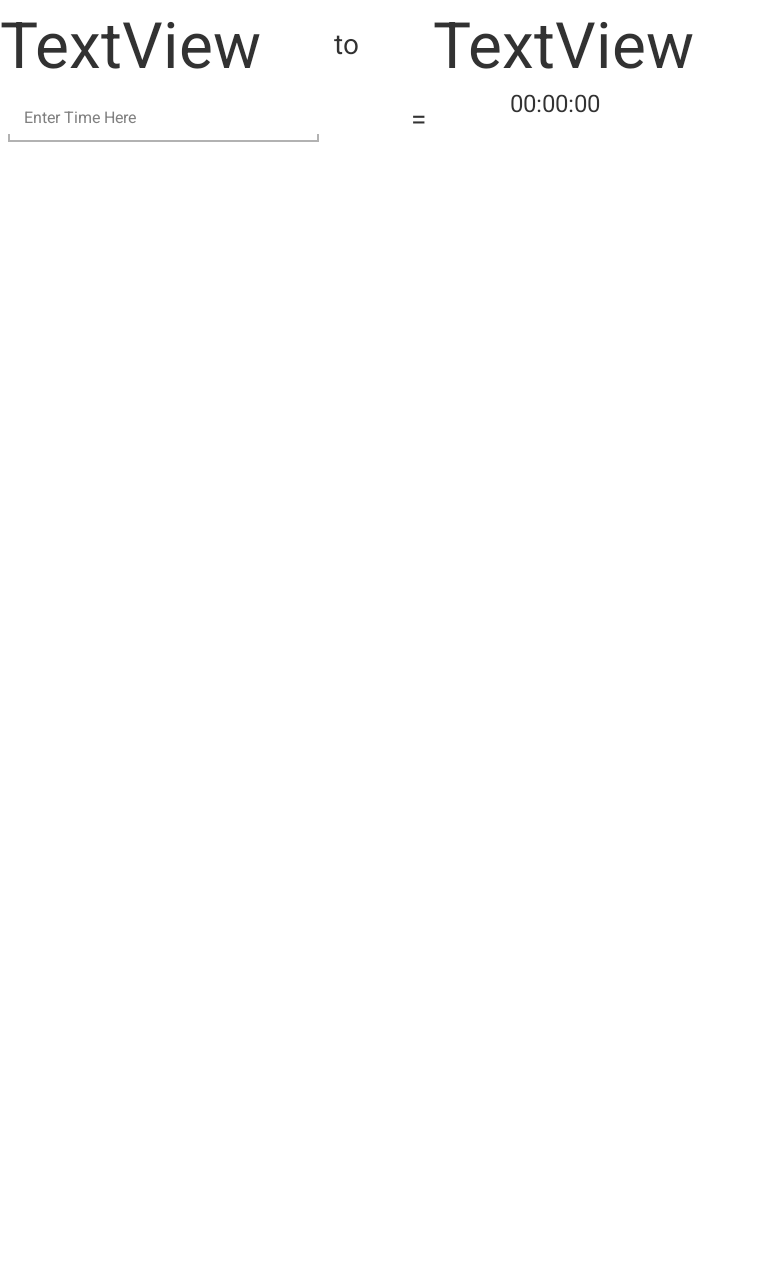
Repository: downinew/AndroidCoachesRaceTimer
Layout: CoachesRaceTimer/res/layout/convert_dialog.xml
An editor plug-in stored every save of this project. The layout is shown before and after the next save, followed by the edit.
It is drawn on a 768 x 1280 px phone screen (xhdpi) without system bars, with theme AppTheme; the app's code is not run.

Above is the layout before, as saved 2015-02-19 02:22:48.

After the next save:
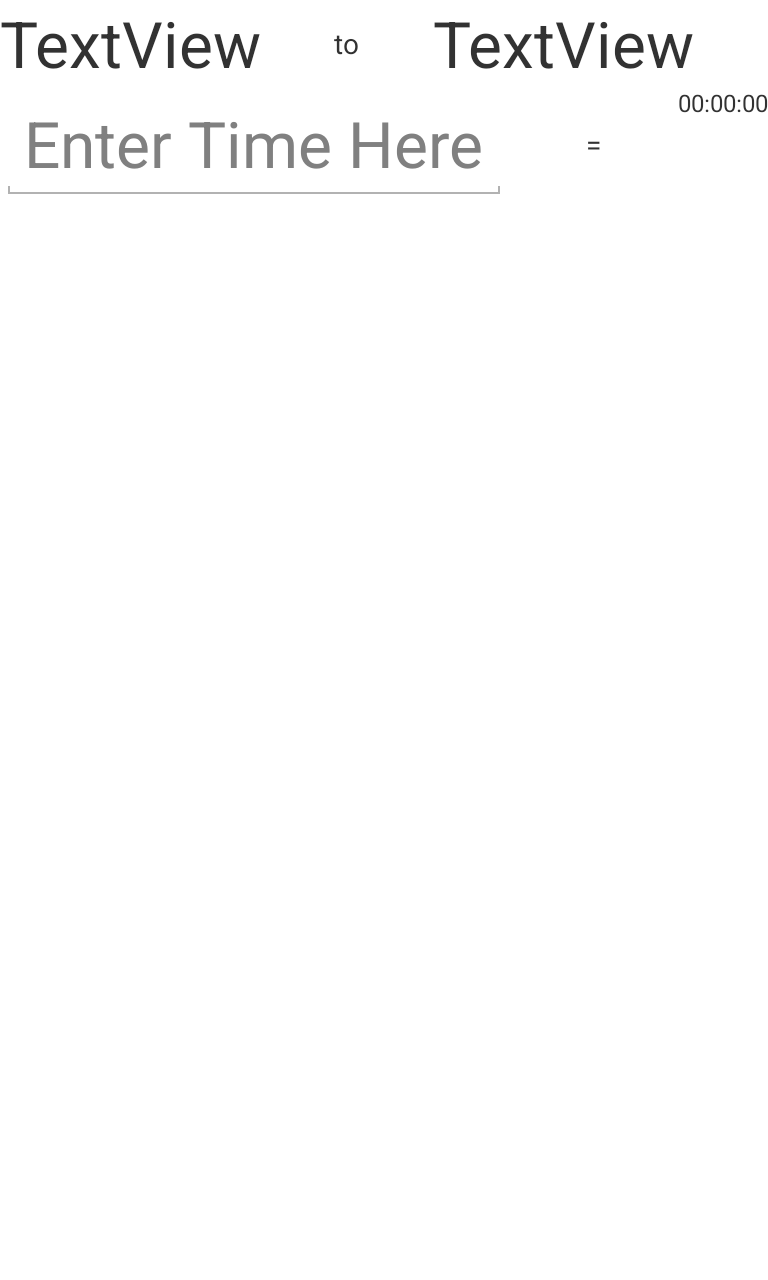
Saved 119 s later.
--- a/CoachesRaceTimer/res/layout/convert_dialog.xml
+++ b/CoachesRaceTimer/res/layout/convert_dialog.xml
@@ -44,29 +44,27 @@
         <EditText
             android:id="@+id/convertTime1"
             android:layout_width="wrap_content"
+            android:layout_height="wrap_content"
             android:layout_gravity="start"
-            android:layout_weight="1"
-            android:textSize="8sp"
-            android:layout_height="wrap_content"
-            android:hint="Enter Time Here" />
+            android:hint="Enter Time Here"
+            android:textSize="32sp" />
 
         <TextView
             android:id="@+id/equalText"
             android:layout_width="wrap_content"
-            android:layout_weight="1"
+            android:layout_height="wrap_content"
             android:layout_gravity="center"
+            android:layout_weight="0.22"
             android:gravity="center"
-            android:layout_height="wrap_content"
             android:text="=" />
 
         <TextView
             android:id="@+id/convertTime2"
             android:layout_width="wrap_content"
+            android:layout_height="wrap_content"
             android:layout_gravity="end"
-            android:layout_weight="1"
-            android:textSize="12sp"
-            android:layout_height="wrap_content"
-            android:text="00:00:00" />
+            android:text="00:00:00"
+            android:textSize="12sp" />
 
     </LinearLayout>
 
